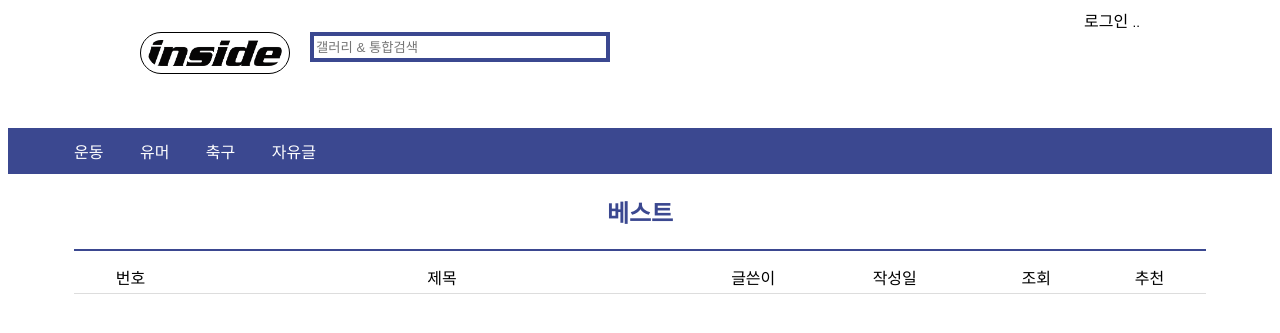
Repository: inhoo123/backup
Page: http://localhost/community-inside/index
The author's editor kept a copy of each file at every save. The page is drawn from the files as they stood at one save, then again after the next save.
The browser window is 1280 px wide. The pictures show the whole page.
Some web fonts or font styles are not loaded; a fallback is used. The page is served by Tomcat 10.

Above is the page before, as saved 2024-06-27 02:10:56.

After the next save:
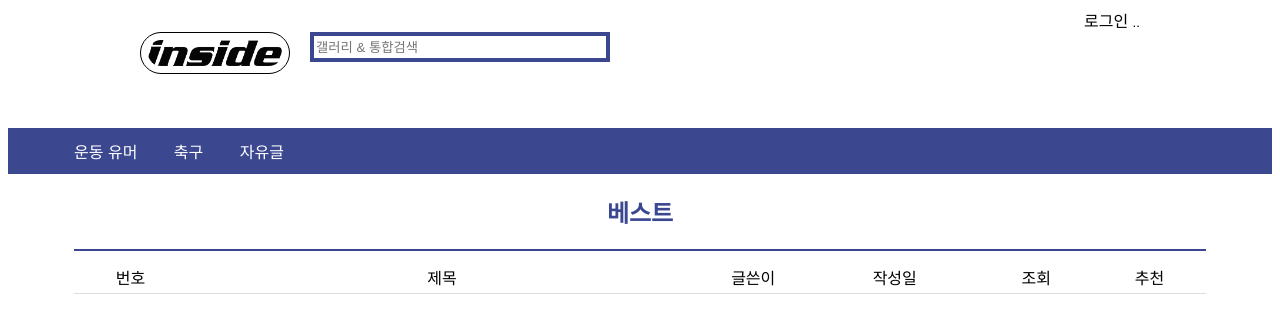
Saved 15 s later.
--- a/web-workspace/community-inside/src/main/webapp/WEB-INF/view/common/header.jsp
+++ b/web-workspace/community-inside/src/main/webapp/WEB-INF/view/common/header.jsp
@@ -49,7 +49,7 @@
 
 
 		<a href="${pageContext.servletContext.contextPath }/list"
-		><span style="color:white;  font-weight: 550;">&emsp;&emsp;유머</span></a>
+		><span style="color:white;  font-weight: 550;">유머</span></a>
 
 
 		<a href="${pageContext.servletContext.contextPath }/list"
